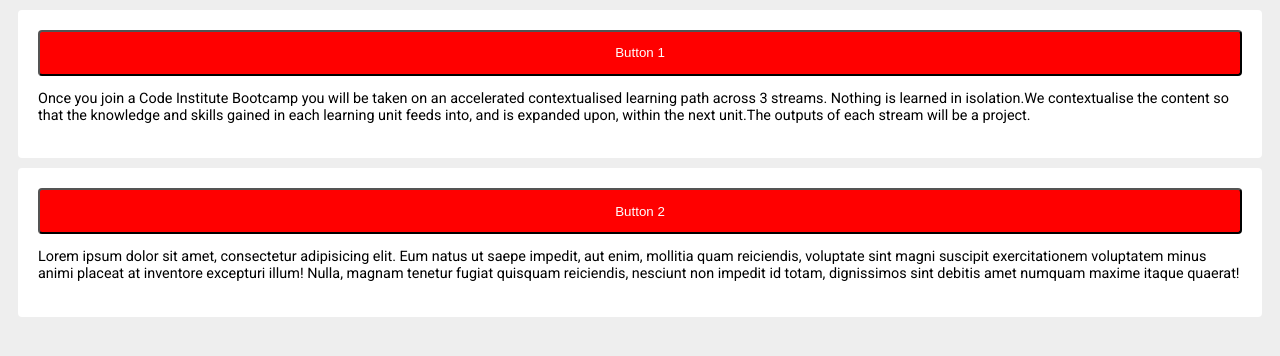
Repository: nitr-am/excersices-using-Jquery
Page: button.html
The author's editor kept a record of every edit. The page is drawn from the files as they stood at one moment, then again after the next edit.
The browser window is 1280 px wide. The pictures show the whole page.
After loading, the first visible `div.card` was clicked once.
Some web libraries are served in a nearby version.

Above is the page before.

After the next edit:
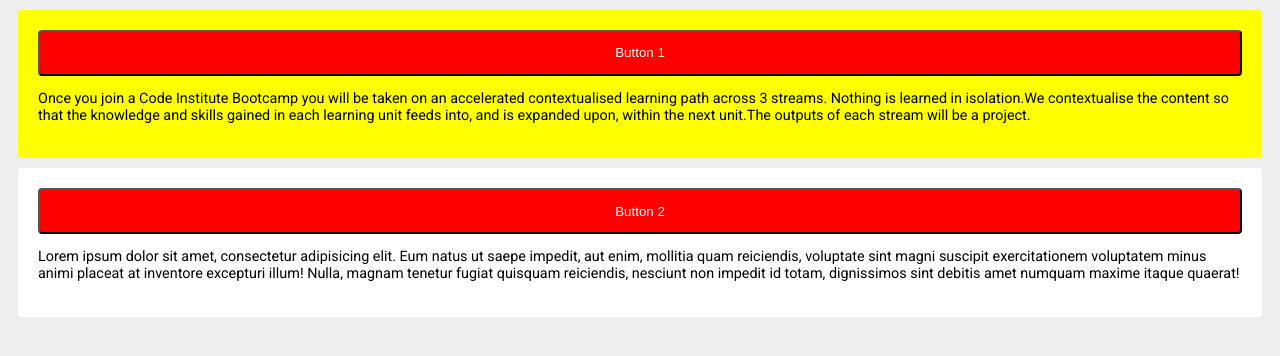
The edit:
--- a/style.css
+++ b/style.css
@@ -100,6 +100,10 @@
 	border: 2px;
 }
 
+.highlight {
+	background-color: yellow;
+}
+
 #my_footer{
 	width:100%;
 	text-align: center;
